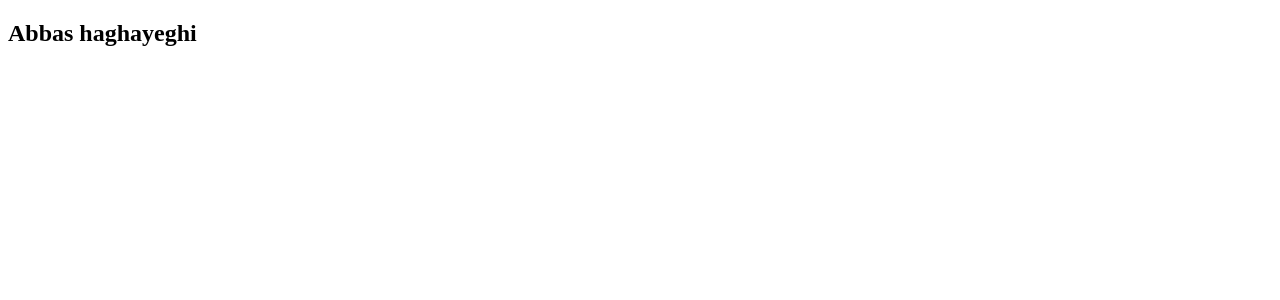
Repository: SMohammadH/react-typescript-tailwind
Page: /
These files come from the project's save history. The page is drawn as it stood at one moment and after the next save; the edit follows.
The browser window is 1280 px wide. The pictures show the whole page.
The project was rebuilt for these pictures with package versions that can differ from the ones it lists, and the page was loaded fresh each time. Also part of the build but not shown: craco.config.js, src/index.css.

Above is the page before, as saved 2021-02-05 09:14:28.

After the next save:
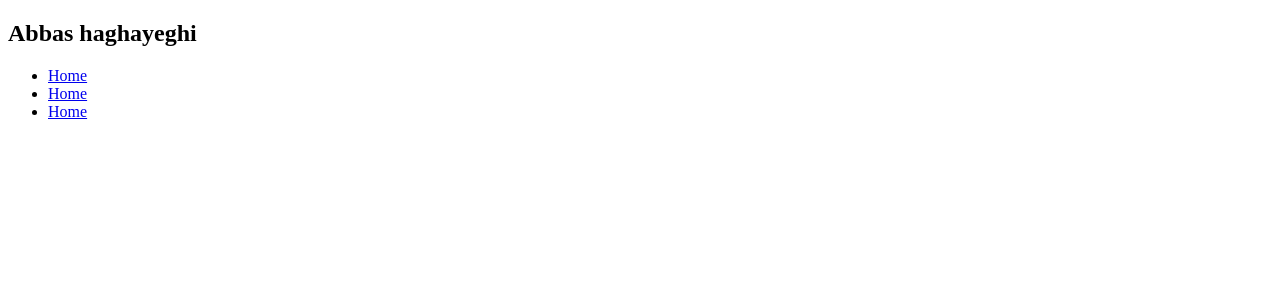
Saved 31 s later.
--- a/src/App.tsx
+++ b/src/App.tsx
@@ -17,6 +17,19 @@ const App: React.FC = () => {
         <div>
           <h1>Abbas haghayeghi</h1>
         </div>
+        <div>
+          <ul>
+            <li>
+              <a href="#">Home</a>
+            </li>
+            <li>
+              <a href="#">Home</a>
+            </li>
+            <li>
+              <a href="#">Home</a>
+            </li>
+          </ul>
+        </div>
       </nav>
     </div>
   );
